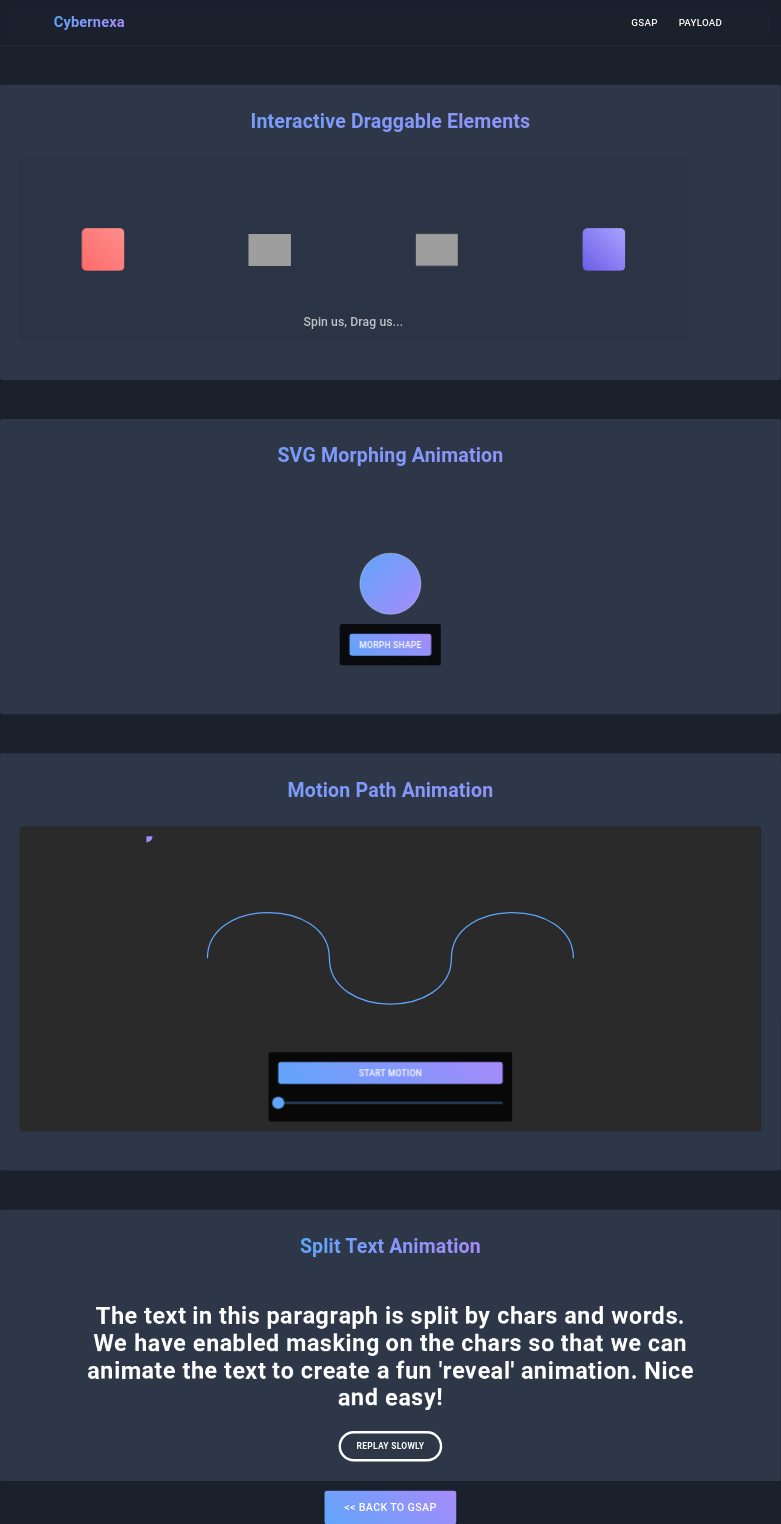
Repository: KovacsViktor/payloadcms-gsap-poc
Page: /gsap/demo
The author's editor kept a copy of each file at every save. The page is drawn from the files as they stood at one save, then again after a run of saves.
The browser window is 1280 px wide. The pictures show the whole page, at 61% of full size.
Pictures or frames that could not be fetched are drawn as grey boxes. The project was rebuilt for these pictures with package versions that can differ from the ones it lists, and the page was loaded fresh each time. The framework's server and built-in components were replaced by stand-ins that run in the browser. Also part of the build but not shown: next.config.mjs, src/app/(frontend)/styles.css.

Above is the page before, as saved 2025-05-19 22:02:32.

After the next 2 saves:
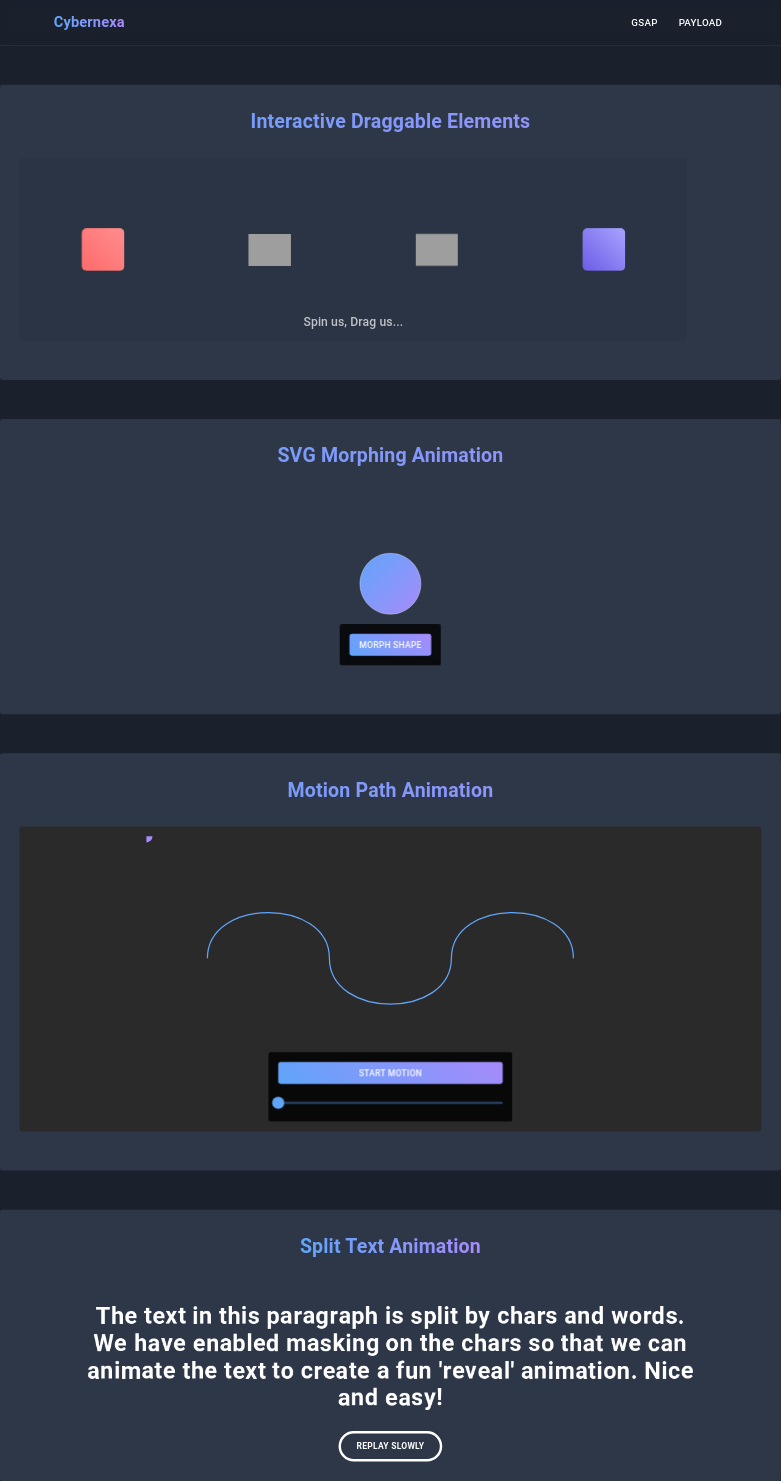
The 2 saves are shown as one change because 1 did not build or start.
The last was saved 3 min 47 s later.
--- a/src/app/(frontend)/gsap/demo/GSAPSplitText.tsx
+++ b/src/app/(frontend)/gsap/demo/GSAPSplitText.tsx
@@ -11,7 +11,7 @@ import {
   TypographyProps,
   Button,
 } from '@mui/material';
-import NextLink from 'next/link';
+
 gsap.registerPlugin(useGSAP, SplitText);
 
 const PlaygroundBox = styled(Box)(({ theme }) => ({
@@ -75,16 +75,6 @@ const ReplayButton = styled(Button)(({ theme }) => ({
   },
 }));
 
-const StyledButton = styled(Button)(({ theme }) => ({
-  background: 'linear-gradient(45deg, #60a5fa, #a78bfa)',
-  color: 'white',
-  padding: theme.spacing(1.5, 4),
-  fontSize: '1.1rem',
-  '&:hover': {
-    background: 'linear-gradient(45deg, #3b82f6, #8b5cf6)',
-  },
-}));
-
 export default function GSAPSplitTextDemo() {
   const containerRef = useRef<HTMLDivElement>(null);
   const textRef = useRef<HTMLParagraphElement>(null);
@@ -128,7 +118,6 @@ export default function GSAPSplitTextDemo() {
   });
 
   return (
-    <>
     <PlaygroundBox ref={containerRef}>
       <StyledTitle component="h2">
         Split Text Animation
@@ -147,13 +136,5 @@ export default function GSAPSplitTextDemo() {
         Replay Slowly
       </ReplayButton>
     </PlaygroundBox>
-    <Box sx={{ display: 'flex', justifyContent: 'center', mt: 2 }}>
-      <NextLink href="/gsap">
-        <StyledButton variant="contained">
-          {'<<'} Back to GSAP
-        </StyledButton>
-      </NextLink>
-    </Box>
-  </>
   );
 }
